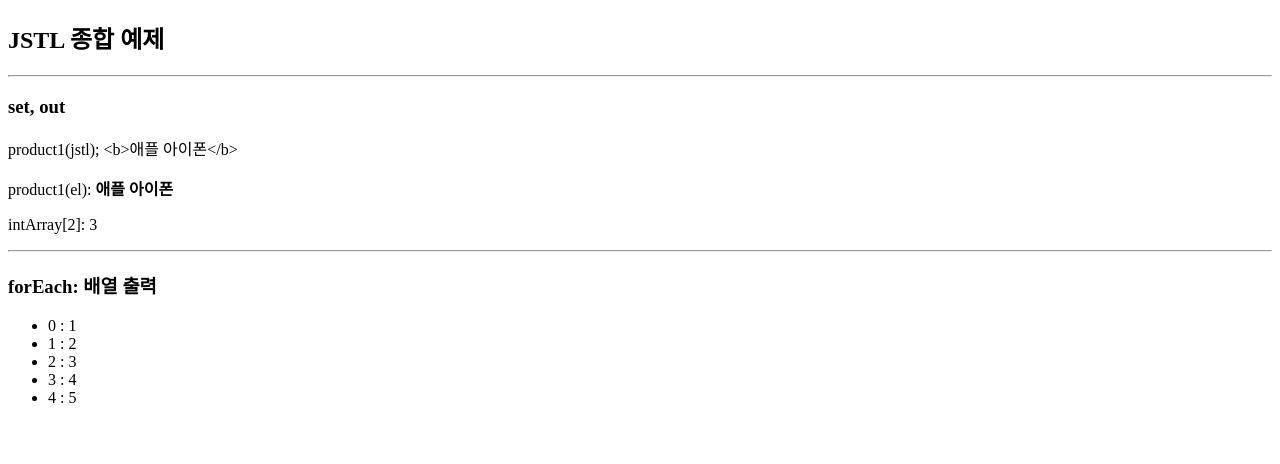
Repository: gold9387/jwbook
Page: http://localhost/jwbook/ch07/jstlExam.jsp
These files come from the project's save history. The page is drawn as it stood at one moment and after the next save; the edit follows.
The browser window is 1280 px wide. The pictures show the whole page.
The page is served by Tomcat 9.

Above is the page before, as saved 2023-06-06 08:29:33.

After the next save:
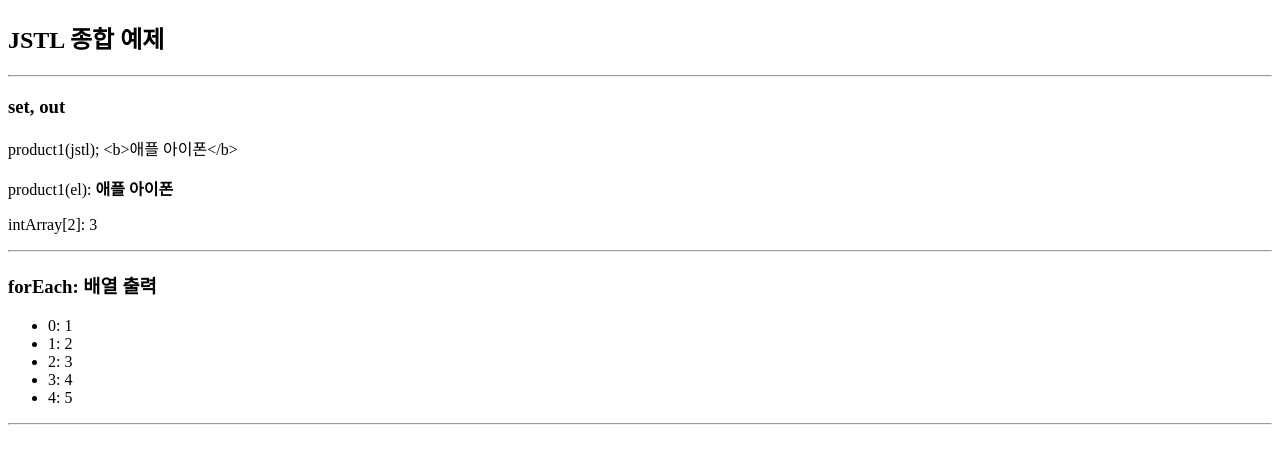
Saved 10 s later.
--- a/jwbook/src/main/webapp/ch07/jstlExam.jsp
+++ b/jwbook/src/main/webapp/ch07/jstlExam.jsp
@@ -25,9 +25,10 @@
 	<!-- forEach -->
 	<h3>forEach: 배열 출력</h3>
 	<ul>
-	<c:forEach var="num" varStatus="i" items="${intArray}">
-	<li>${i.index} : ${num}</li>
-	</c:forEach>
+		<c:forEach var="num" varStatus="i" items="${intArray}">
+			<li>${i.index}: ${num}</li>
+		</c:forEach>
 	</ul>
+	<hr />
 </body>
 </html>
